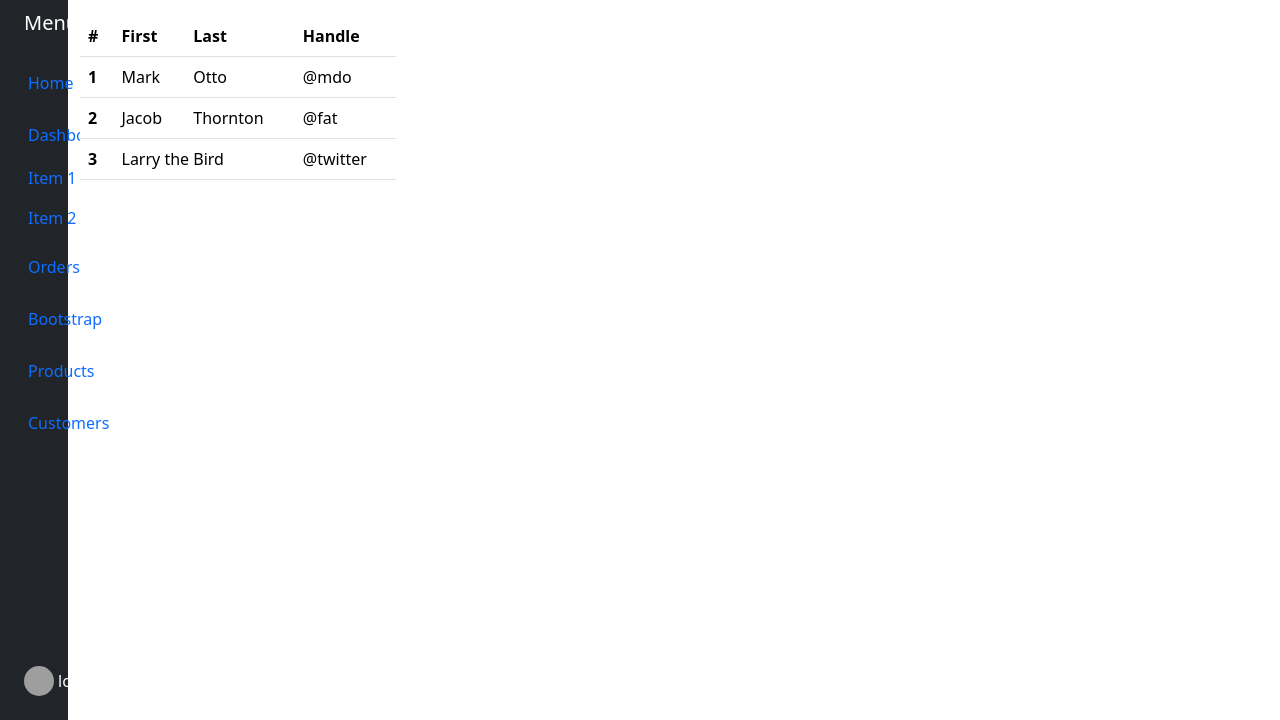
Repository: HadelAbdellatif/ReactApp3
Page: /user/index
The author's editor kept a copy of each file at every save. The page is drawn from the files as they stood at one save, then again after the next save.
The browser window is 1280 px wide. The pictures show the whole page.
Pictures or frames that could not be fetched are drawn as grey boxes. The page's requests for data from a server got no answer. The project was rebuilt for these pictures with package versions that can differ from the ones it lists, and the page was loaded fresh each time. No one was signed in, and anything a server would have sent is missing. Also part of the build but not shown: vite.config.js, src/components/users/Create.jsx.

Above is the page before, as saved 2023-11-04 20:11:37.

After the next save:
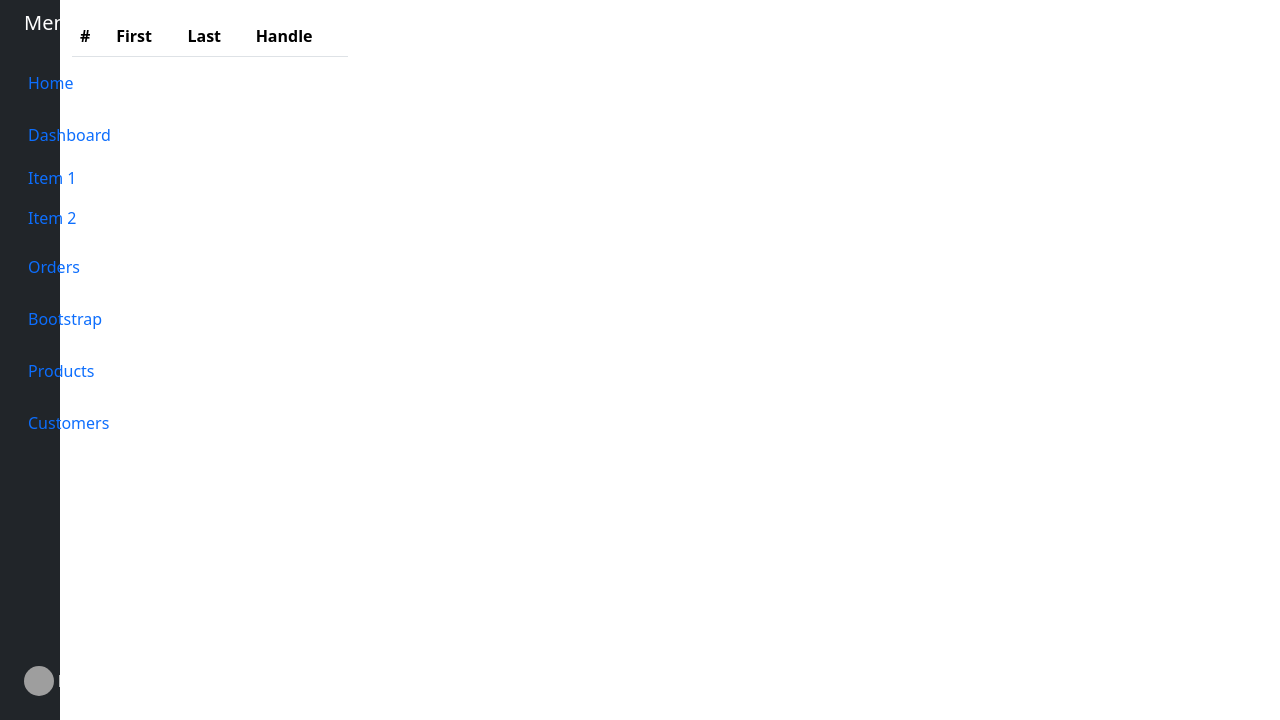
Saved 7 s later.
--- a/src/components/users/Index.jsx
+++ b/src/components/users/Index.jsx
@@ -111,23 +111,7 @@ export default function Index() {
                             </tr>
                         </thead>
                         <tbody>
-                            <tr>
-                                <th scope="row">1</th>
-                                <td>Mark</td>
-                                <td>Otto</td>
-                                <td>@mdo</td>
-                            </tr>
-                            <tr>
-                                <th scope="row">2</th>
-                                <td>Jacob</td>
-                                <td>Thornton</td>
-                                <td>@fat</td>
-                            </tr>
-                            <tr>
-                                <th scope="row">3</th>
-                                <td colspan="2">Larry the Bird</td>
-                                <td>@twitter</td>
-                            </tr>
+
                         </tbody>
                     </table>
                 </div>
